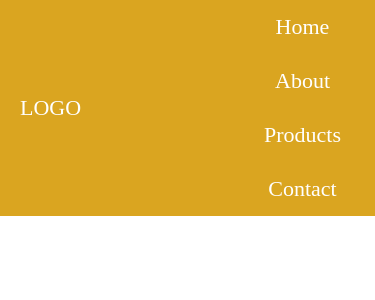
Repository: albayrakfatih/Flex-Navbar
Page: navbar-w-flexbox.html
An editor plug-in stored every save of this project. The page is shown before and after a run of saves, followed by the edit.
The browser window is 375 px wide. The pictures show the whole page.

Above is the page before, as saved 2023-05-09 20:03:20.

After the next 5 saves:
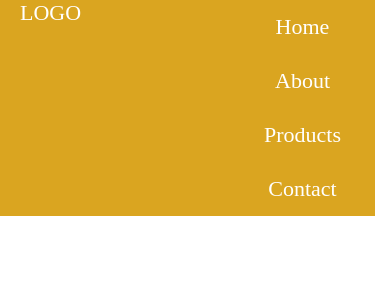
The 5 saves are shown as one change because they came seconds apart.
The last was saved 13 s later.
--- a/styles.css
+++ b/styles.css
@@ -38,4 +38,7 @@
     .navigation{
         flex-direction: column;
     }
+    .logo{
+        align-self: flex-start;
+    }
 }

After the save that followed:
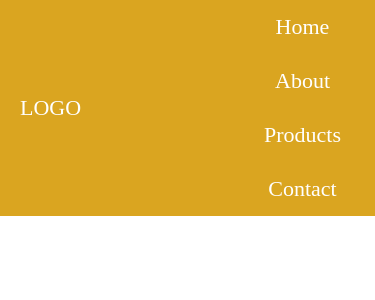
Saved 59 s later.
--- a/styles.css
+++ b/styles.css
@@ -38,7 +38,5 @@
     .navigation{
         flex-direction: column;
     }
-    .logo{
-        align-self: flex-start;
-    }
+
 }
